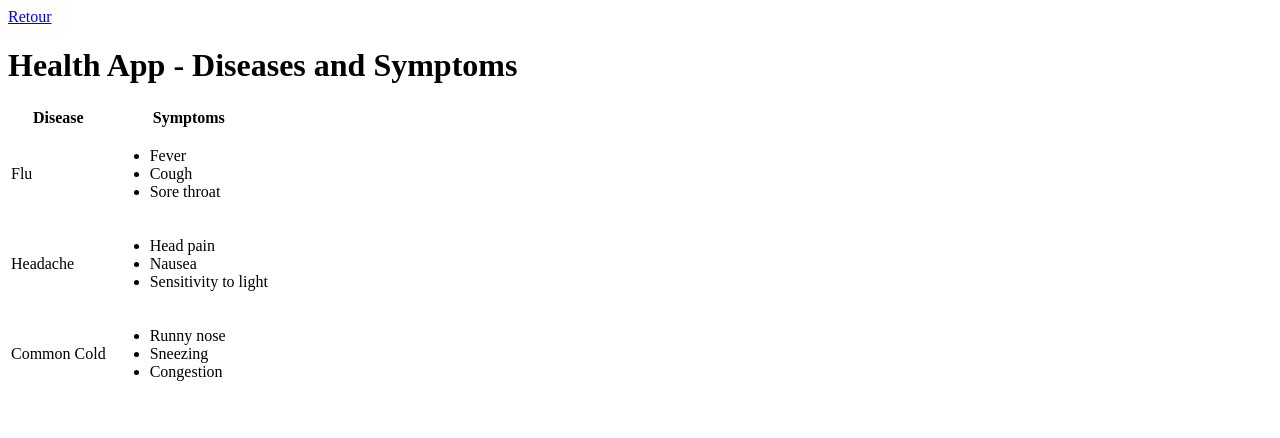
Repository: Sidel-malek/e-sbitar
Page: http://localhost/singup/
The author's editor kept a copy of each file at every save. The page is drawn from the files as they stood at one save, then again after the next save.
The browser window is 1280 px wide. The pictures show the whole page.
The page is served by Tomcat 9.

Above is the page before, as saved 2023-06-03 01:40:24.

After the next save:
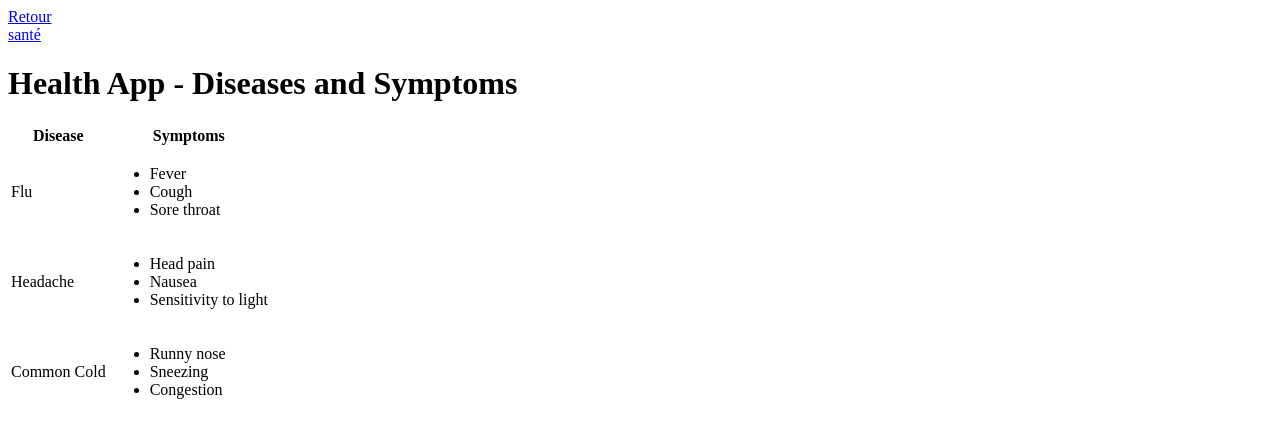
Saved 93 s later.
--- a/authentification/singup/src/main/webapp/index.jsp
+++ b/authentification/singup/src/main/webapp/index.jsp
@@ -11,6 +11,11 @@
     <a href="prestataire.jsp" class="maladie-image-link">Retour</a>
     </div>
 
+     <div class="maladie2-image" id="maladie2-image">
+    <a href="prestataire.jsp" class="maladie-image-link">santé</a>
+    </div>
+
+
     <h1>Health App - Diseases and Symptoms</h1>
 
     <table id="diseasesTable">
@@ -22,6 +27,9 @@
         </thead>
         <tbody id="diseasesBody"></tbody>
     </table>
+
+
+
 
     <script>
 
